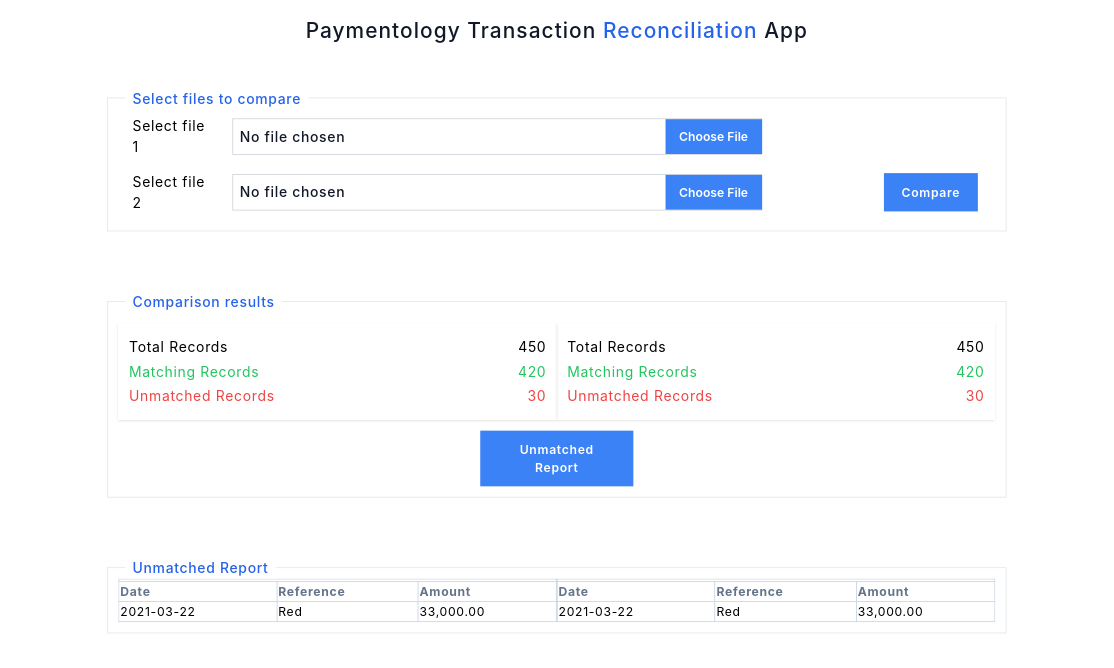
Repository: chionye/paymentology-front
Page: /
The author's editor kept a copy of each file at every save. The page is drawn from the files as they stood at one save, then again after a run of saves.
The browser window is 1280 px wide. The pictures show the whole page, at 87% of full size.
The project was rebuilt for these pictures with package versions that can differ from the ones it lists, and the page was loaded fresh each time.

Above is the page before, as saved 2022-03-20 13:24:12.

After the next 2 saves:
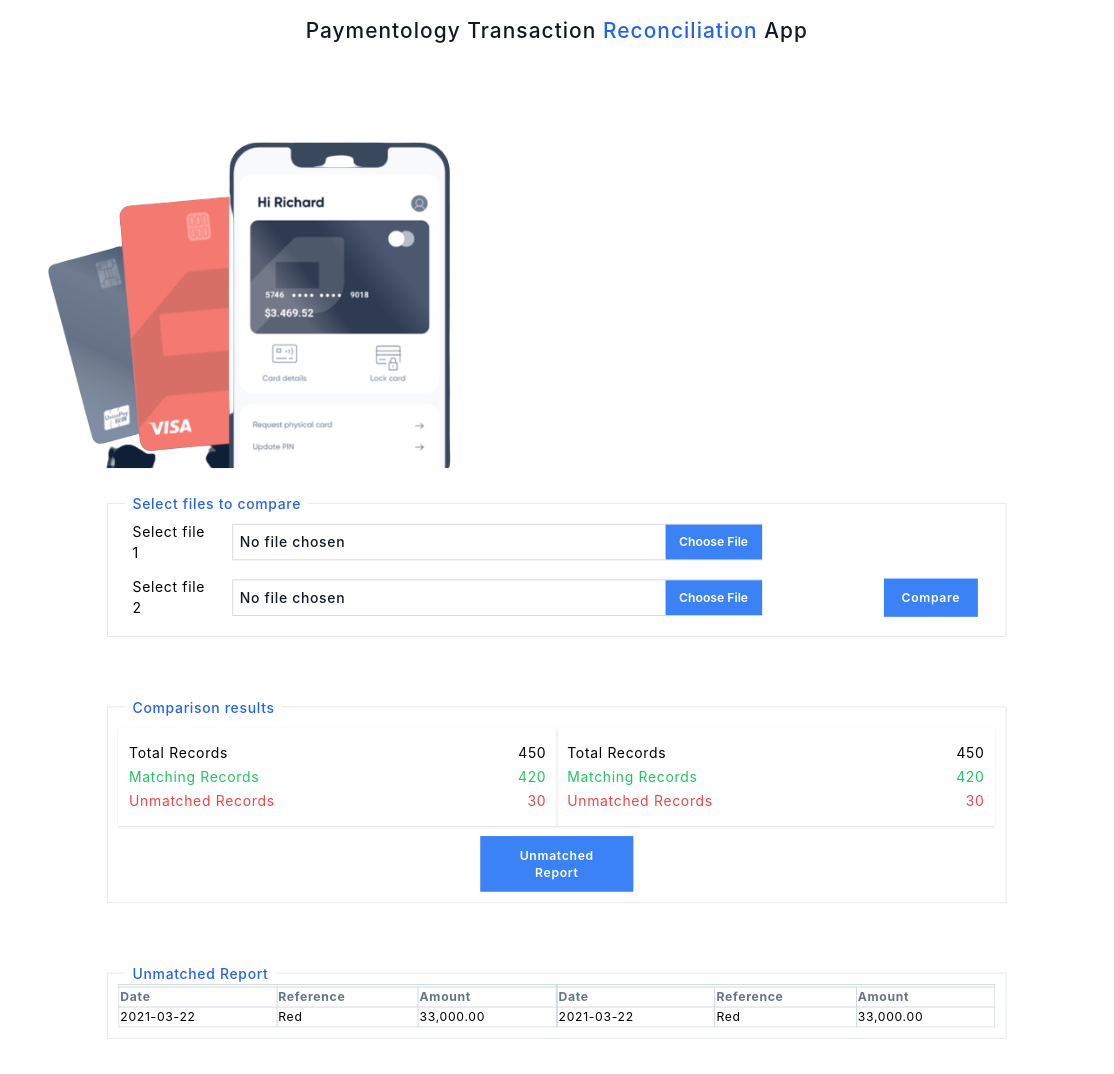
The 2 saves are shown as one change because they came seconds apart.
The last was saved 11 s later.
--- a/src/App.js
+++ b/src/App.js
@@ -9,6 +9,7 @@ function App() {
   return (
     <FileProvider>
       <Title />
+      <Banner />
       <CompareFiles />
       <Results />
       <Report />
